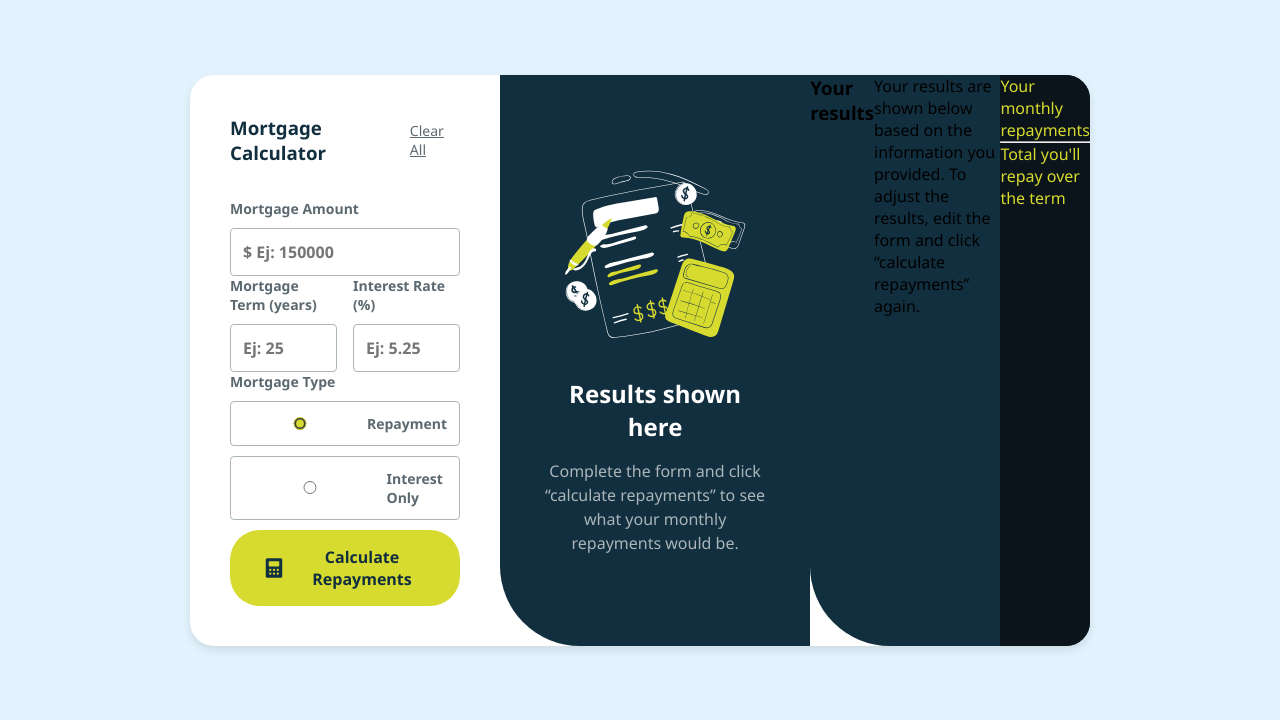
Repository: GravielPV/Mortgage-repayment-calculator
Page: index.html
These files come from the project's save history. The page is drawn as it stood at one moment and after the next save; the edit follows.
The browser window is 1280 px wide. The pictures show the whole page.

Above is the page before, as saved 2025-12-14 14:19:14.

### index.html
<!DOCTYPE html>
<html lang="en">
<head>
  <meta charset="UTF-8">
  <meta name="viewport" content="width=device-width, initial-scale=1.0"> <!-- displays site properly based on user's device -->

  <link rel="icon" type="image/png" sizes="32x32" href="./assets/images/favicon-32x32.png">
  <link rel="stylesheet" href="styles.css">
  <title>Frontend Mentor | Mortgage repayment calculator</title>


</head>
<body>
  <div class="carta">



  <div class="lado-izquierdo">

    <div class="header-form">
      <h3>Mortgage Calculator</h3>
      <a href="#" id="clear-all">Clear All</a>
    </div>

    <form id="mortgage-form">

      <!-- Mortgage Amount -->
      <div class="campo">
        <label for="input-mortgage">Mortgage Amount</label>

        <input
          type="number"
          id="input-mortgage"
          name="mortgage"
          placeholder="$ Ej: 150000">
      </div>

      <!-- Mortgage Term & Interest Rate -->
      <div class="grupo-doble">
        <div class="campo1">
          <label for="input-term">Mortgage Term (years)</label>
          <input
            type="number"
            id="input-term"
            name="term"
            placeholder="Ej: 25">
        </div>

        <div class="campo1">
          <label for="input-interest">Interest Rate (%)</label>
          <input
            type="number"
            step="0.01"
            id="input-interest"
            name="interest"
            placeholder="Ej: 5.25">
        </div>
      </div>

      <!-- Mortgage Type -->
      <div class="campo">
        <label>Mortgage Type</label>

        <div class="radios">
          <label class="radio arriba">
            <input type="radio" name="mortgage-type" value="repayment" checked id="repayment">
            Repayment
          </label>

          <label class="radio abajo">
            <input type="radio" name="mortgage-type" value="interest-only" id="interest-only">
            Interest Only
          </label>
        </div>
      </div>

      <!-- Botón -->
      <div class="boton">

        <button type="button" onclick="calcular()"> <img src="assets/images/icon-calculator.svg" alt="calculadora icon">Calculate Repayments</button>
      </div>



    </form>

  </div>




  <!-- Empty results start -->

  <div class="derecho">

    <img src="assets/images/illustration-empty.svg" alt="mostrar">

  <h3>Results shown here</h3>

  <p>Complete the form and click “calculate repayments” to see what
  your monthly repayments would be.</p>
  </div>

  <!-- Empty results end -->

  <!-- Completed results start -->

  <div class="resultado">
    <h3>Your results</h3>
    <p>Your results are shown below based on the information you provided.
    To adjust the results, edit the form and click “calculate repayments” again.</p>

    <div class="caja-resultados">
      <p>Your monthly repayments</p>
      <h1 id="monthly-repayment"></h1>

      <hr>

      <p>Total you'll repay over the term</p>
      <h3 id="total-repayment"></h3>
    </div>
  </div>

</div>

<!-- Completed results end -->

<script src="app.js"></script>
</body>
</html>

### styles.css
* {
    box-sizing: border-box;
    margin: 0;
    padding: 0;
    font-family: 'Segoe UI', Tahoma, Geneva, Verdana, sans-serif;
}

body {
    background-color: hsl(202, 86%, 94%);
    display: flex;
    justify-content: center;
    align-items: center;
    min-height: 100vh;
}

.carta {
    width: 100%;
    max-width: 900px;
    background-color: white;
    display: flex;
    border-radius: 24px;
    overflow: hidden;
    box-shadow: 0 4px 8px 0 rgba(0, 0, 0, 0.1);
    margin: 20px;
}

/* ---- Lado Izquierdo ---- */
.lado-izquierdo {
    width: 50%;
    padding: 40px;
    display: flex;
    flex-direction: column;
    gap: 24px;
}

.header-form {
    display: flex;
    justify-content: space-between;
    align-items: center;
    margin-bottom: 10px;
}

.header-form h3 {
    color: hsl(202, 55%, 16%);
}

.header-form a {
    color: hsl(200, 10%, 40%);
    text-decoration: underline;
    font-size: 14px;
    cursor: pointer;
}

.header-form a:hover {
    color: hsl(202, 55%, 16%);
}

/* Inputs */
.campo {
    display: flex;
    flex-direction: column;
    gap: 10px;
}

.campo label, .campo1 label {
    color: hsl(200, 10%, 40%);
    font-size: 14px;
    font-weight: bold;
}

.campo input, .campo1 input {
    padding: 12px;
    border: 1px solid hsl(200, 10%, 70%);
    border-radius: 4px;
    font-size: 16px;
    font-weight: bold;
    cursor: pointer;
    width: 100%;
}

.campo input:focus, .campo1 input:focus {
    outline: none;
    border-color: hsl(61, 70%, 52%);
}

.grupo-doble {
    display: flex;
    gap: 16px;
}

.campo1 {
    display: flex;
    flex-direction: column;
    gap: 10px;
    width: 50%;
}

/* Radio buttons */
.radios {
    display: flex;
    flex-direction: column;
    gap: 10px;
}

.radio {
    display: flex;
    align-items: center;
    border: 1px solid hsl(200, 10%, 70%);
    padding: 12px;
    border-radius: 4px;
    cursor: pointer;
    gap: 10px;
    font-weight: bold;
    color: hsl(202, 55%, 16%);
}

.radio:hover {
    border-color: hsl(61, 70%, 52%);
}

.radio input {
    margin: 0;
    accent-color: hsl(61, 70%, 52%);
}

/* Boton */
.boton {
    margin-top: 10px;
}

button {
    display: flex;
    align-items: center;
    justify-content: center;
    gap: 10px;
    padding: 16px 32px;
    background-color: hsl(61, 70%, 52%);
    border: none;
    color: hsl(202, 55%, 16%);
    border-radius: 30px;
    cursor: pointer;
    font-weight: bold;
    font-size: 16px;
    width: 100%;
    transition: background-color 0.3s;
}

button:hover {
    background-color: hsl(61, 70%, 70%);
}

/* ---- Lado Derecho ---- */
.derecho {
    width: 50%;
    background-color: hsl(202, 55%, 16%);
    color: white;
    padding: 40px;
    display: flex;
    flex-direction: column;
    justify-content: center;
    align-items: center;
    text-align: center;
    border-bottom-left-radius: 80px;
}

.derecho img {
    margin-bottom: 20px;
}

.derecho h3 {
    margin-bottom: 16px;
    font-size: 24px;
}

.derecho p {
    color: hsl(200, 10%, 70%);
    line-height: 1.5;
}

.resultado {
    display: none;
}


.resultado{
     width: 50%;
    background-color: hsl(202, 55%, 16%);
    display: flex;
    justify-content: center;
    border-bottom-left-radius: 80px;


}

.resultado .caja-resultados {

    background-color: hsl(201, 46%, 7%);
    color: hsl(61, 70%, 52%);
 width: 70%;

}

/* Responsive */
@media (max-width: 768px) {
    body {
        align-items: flex-start;
        background-color: white;
    }

    .carta {
        flex-direction: column;
        border-radius: 0;
        margin: 0;
        box-shadow: none;
        max-width: 100%;
    }

    .lado-izquierdo, .derecho {
        width: 100%;
        padding: 24px;
    }

    .derecho {
        border-radius: 0;
        min-height: 400px;
    }

    .grupo-doble {
        flex-direction: column;
    }

    .campo1 {
        width: 100%;
    }
}

### app.js
// INPUTS
const montoInput = document.getElementById("input-mortgage");
const yearsInput = document.getElementById("input-term");
const interesInput = document.getElementById("input-interest");

// RADIOS
const repaymentRadio = document.getElementById("repayment");
const interestOnlyRadio = document.getElementById("interest-only");

// RESULTADOS
const resultadoBox = document.querySelector(".resultado");
const derechoBox = document.querySelector(".derecho");

const monthlyText = document.getElementById("monthly-repayment");
const totalText = document.getElementById("total-repayment");

// CLEAR ALL
const clearAllBtn = document.getElementById("clear-all");

// FORMATO MONEDA
function formatoMoneda(valor) {
  return new Intl.NumberFormat("en-US", {
    style: "currency",
    currency: "USD",
    minimumFractionDigits: 2,
  }).format(valor);
}

// CALCULAR
function calcular() {
  const monto = Number(montoInput.value);
  const years = Number(yearsInput.value);
  const interes = Number(interesInput.value) / 100;

  if (!monto || !years || !interes) {
    alert("Please complete all fields");
    return;
  }

  const r = interes / 12;
  const n = years * 12;

  let pagoMensual = 0;
  let pagoTotal = 0;

  // REPAYMENT
  if (repaymentRadio.checked) {
    pagoMensual =
      (monto * r * Math.pow(1 + r, n)) /
      (Math.pow(1 + r, n) - 1);

    pagoTotal = pagoMensual * n;
  }

  // INTEREST ONLY
  if (interestOnlyRadio.checked) {
    pagoMensual = monto * r;
    pagoTotal = pagoMensual * n;
  }

  // MOSTRAR RESULTADOS
  monthlyText.textContent = formatoMoneda(pagoMensual);
  totalText.textContent = formatoMoneda(pagoTotal);

  derechoBox.style.display = "none";
  resultadoBox.style.display = "block";
}

// CLEAR ALL
clearAllBtn.addEventListener("click", (e) => {
  e.preventDefault();

  montoInput.value = "";
  yearsInput.value = "";
  interesInput.value = "";

  repaymentRadio.checked = true;
  interestOnlyRadio.checked = false;

  resultadoBox.style.display = "none";
  derechoBox.style.display = "block";
});

After the next save:
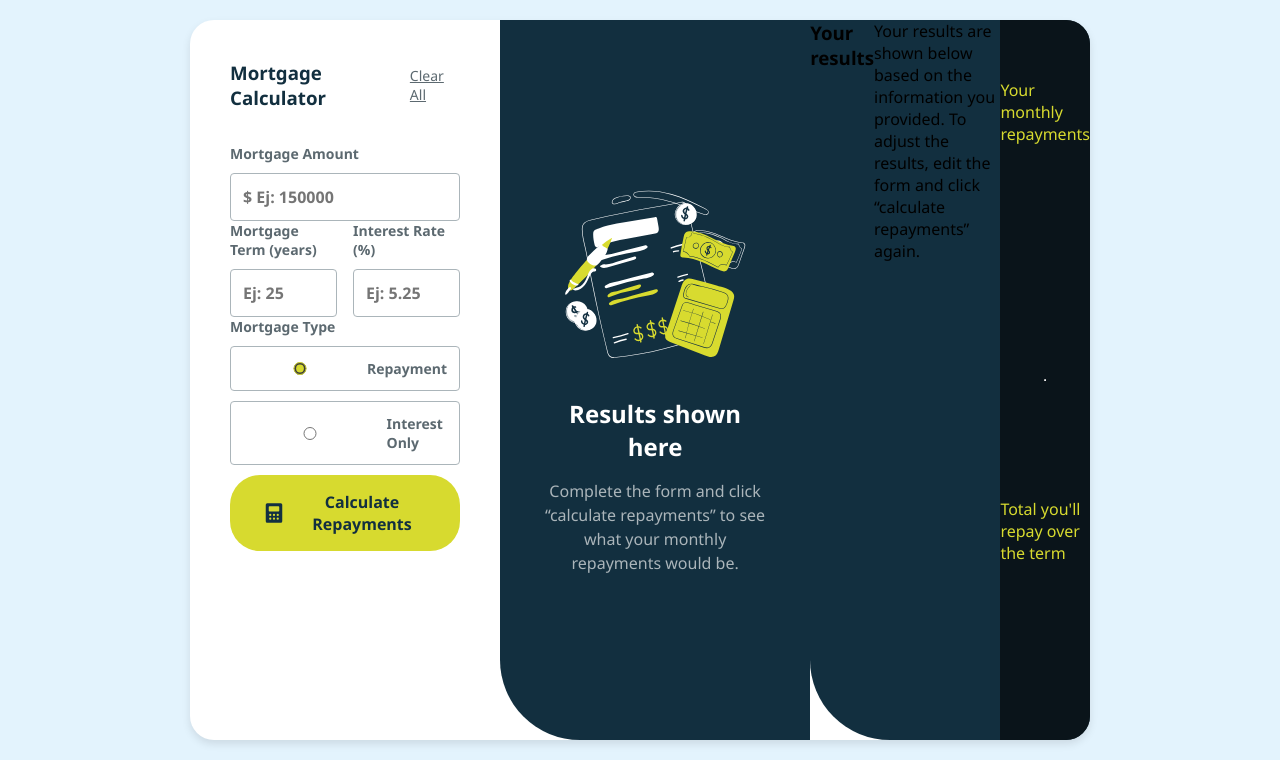
Saved 44 s later.
--- a/styles.css
+++ b/styles.css
@@ -197,7 +197,9 @@
     background-color: hsl(201, 46%, 7%);
     color: hsl(61, 70%, 52%);
  width: 70%;
-
+   display: grid;
+  place-items: center;
+  height: 100vh;
 }
 
 /* Responsive */

After the save that followed:
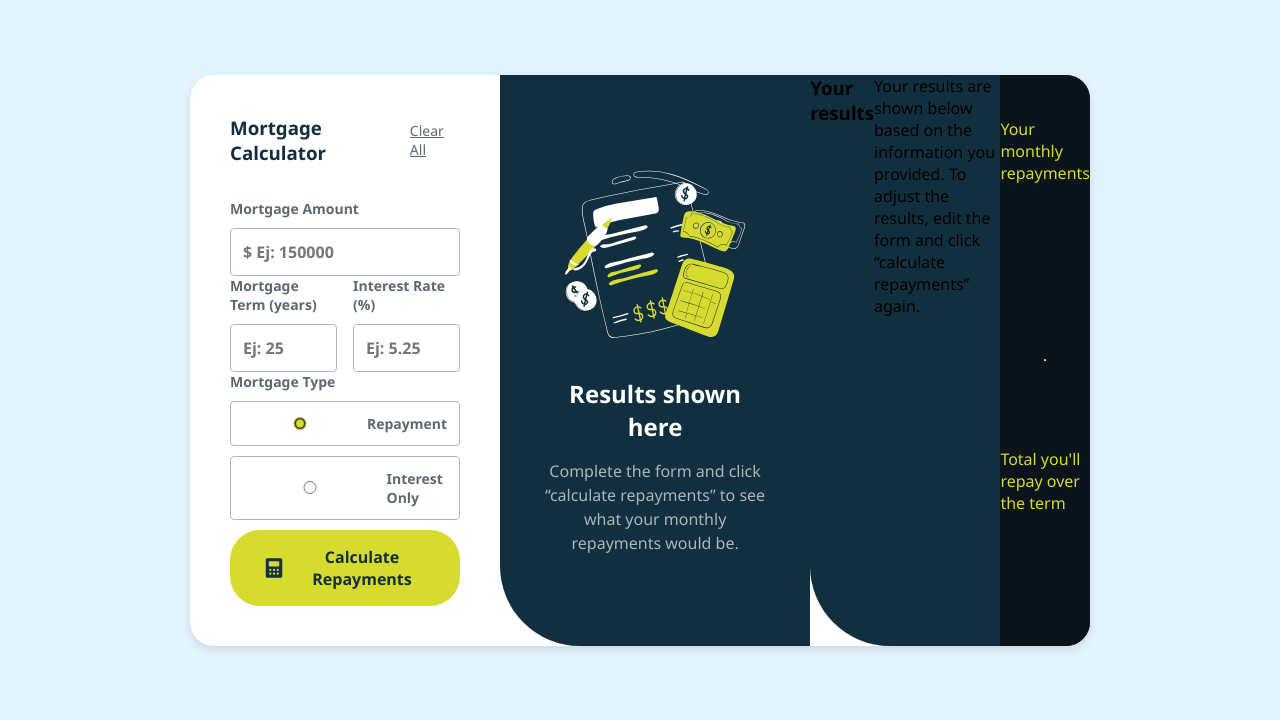
Saved 5 s later.
--- a/styles.css
+++ b/styles.css
@@ -199,7 +199,7 @@
  width: 70%;
    display: grid;
   place-items: center;
-  height: 100vh;
+
 }
 
 /* Responsive */
